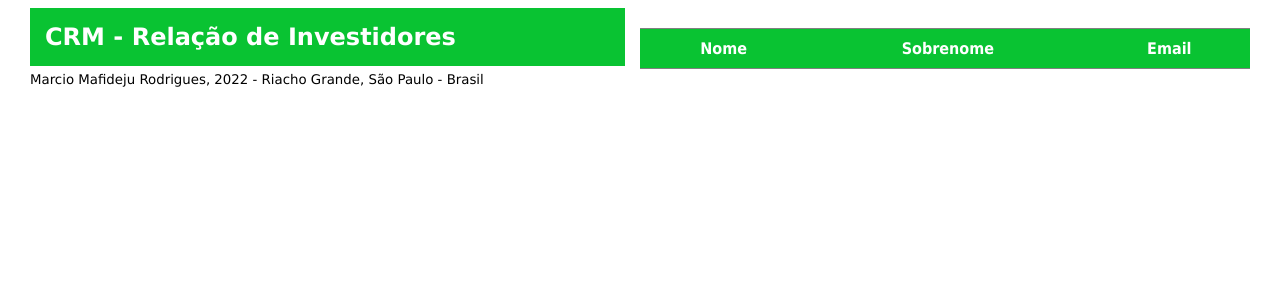
Repository: mafideju/CustomerTracker
Page: http://localhost/web-customer-tracker/WEB-INF/view/list-customers.jsp
An editor plug-in stored every save of this project. The page is shown before and after the next save, followed by the edit.
The browser window is 1280 px wide. The pictures show the whole page.
The page is served by Tomcat 9. Nobody is signed in. Other server files are loaded and not shown. The template is opened directly, without the code that normally fills it, so the values that code supplies are empty.

Above is the page before, as saved 2022-01-21 21:19:34.

### web-customer-tracker/WebContent/WEB-INF/view/list-customers.jsp
<%@ taglib uri="http://java.sun.com/jsp/jstl/core" prefix="c" %>

<!DOCTYPE html>
<html>
	<head>
		<title>Lista de Investidores</title>
		<link type="text/css" rel="stylesheet" href="${pageContext.request.contextPath}/resources/css/style.css">
	</head>

	<body>
		<main style="display: flex; justify-content: center;">

			<div id="wrapper">
				<div id="header">
					<h2>CRM - Relação de Investidores</h2>
				</div>
			</div>

			<div id="container">
				<div id="content">
					<table>
						<tr>
							<th>Nome</th>
							<th>Sobrenome</th>
							<th>Email</th>
						</tr>

						<c:forEach var="customer" items="${customers}">
							<tr>
								<td>${customer.firstName}</td>
								<td>${customer.lastName}</td>
								<td>${customer.email}</td>
							</tr>
						</c:forEach>

					</table>
				</div>
			</div>

		</main>
		<footer>
			<small>Marcio Mafideju Rodrigues, 2022 - Riacho Grande, São Paulo - Brasil</small>
		</footer>
	</body>
</html>

### web-customer-tracker/WebContent/resources/css/style.css
html, body{
	margin-left:15px; margin-right:15px;
	padding:0px;
	font-family:Verdana, Arial, Helvetica, sans-serif;
}

table {
	border-collapse:collapse;
	border-bottom:1px solid gray;
	font-family: Tahoma,Verdana,Segoe,sans-serif;
	width:100%;
}

th {
	border-bottom:1px solid gray;
	background:none repeat scroll 0 0 #09c332;
	padding:10px;
	color: #FFFFFF;
}

tr {
	border-top:1px solid gray;
	text-align:center;
}

tr:nth-child(even) {background: #FFFFFF}
tr:nth-child(odd) {background: #BBBBBB}

#wrapper {width: 100%; margin-top: 0px; }
#header {width: 95%; background: #09c332; margin-top: 0px; padding:15px 0px 15px 15px;}
#header h2 {width: 100%; margin:auto; color: #FFFFFF;}
#container {width: 100%; margin:auto}
#container h3 {color: #000;}
#container #content {margin-top: 20px;}

.add-button {
	border: 1px solid #666;
	border-radius: 5px;
	padding: 4px;
	font-size: 12px;
	font-weight: bold;
	width: 120px;
	padding: 5px 10px;

	margin-bottom: 15px;
	background: #cccccc;
}

After the next save:
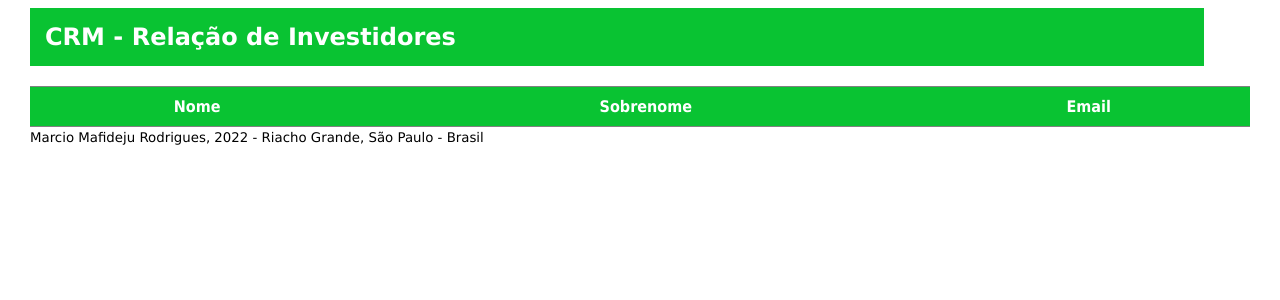
Saved 40 s later.
--- a/web-customer-tracker/WebContent/WEB-INF/view/list-customers.jsp
+++ b/web-customer-tracker/WebContent/WEB-INF/view/list-customers.jsp
@@ -8,7 +8,7 @@
 	</head>
 
 	<body>
-		<main style="display: flex; justify-content: center;">
+		<main>
 
 			<div id="wrapper">
 				<div id="header">
